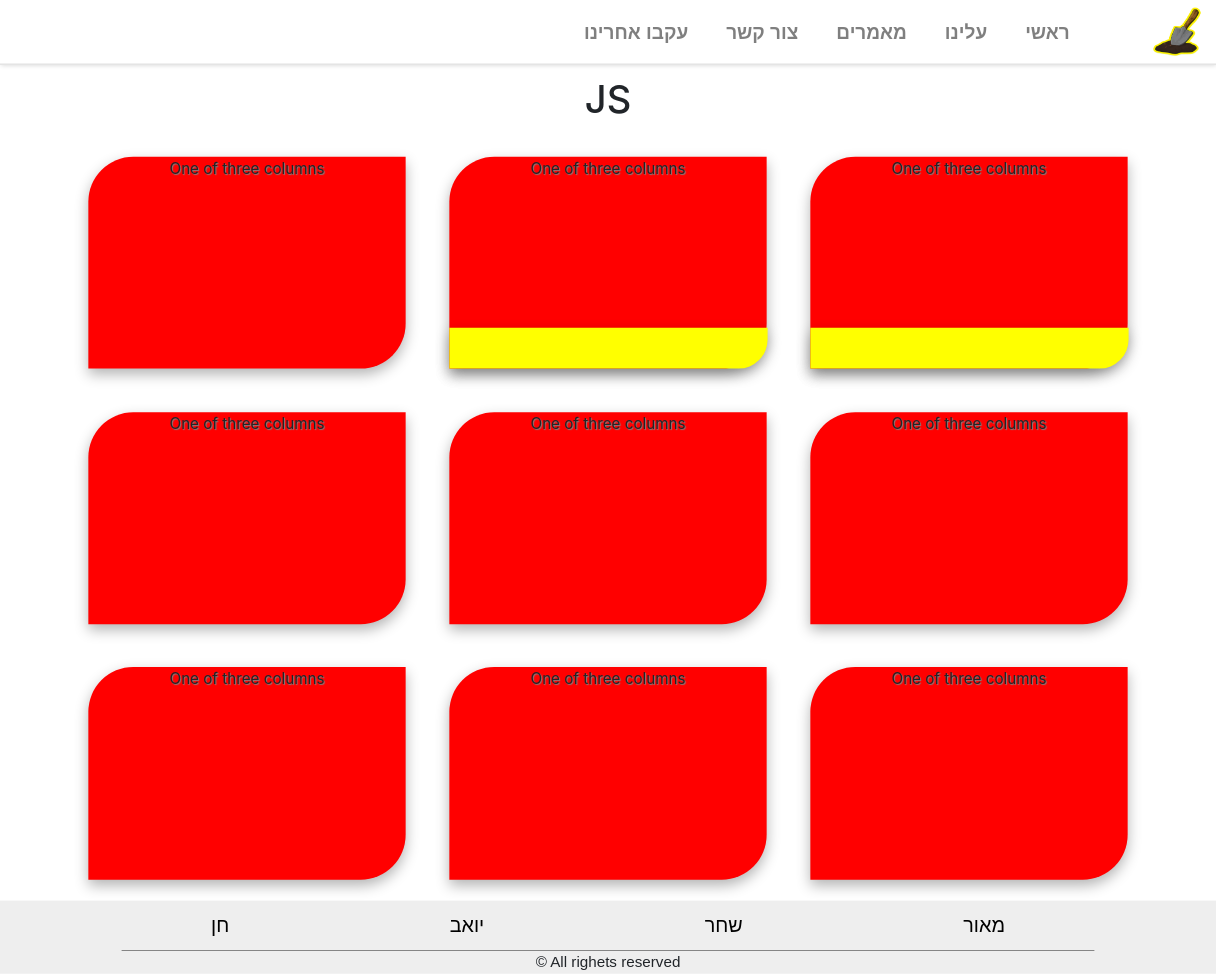
Repository: yoavBenZion/Blog-Zubi
Page: articlesPage.html
An editor plug-in stored every save of this project. The page is shown before and after the next save, followed by the edit.
The browser window is 1280 px wide. The pictures show the whole page, at 95% of full size.
Some web fonts or font styles are not loaded; a fallback is used. Some web libraries are served in a nearby version.

Above is the page before, as saved 2017-10-26 14:23:31.

After the next save:
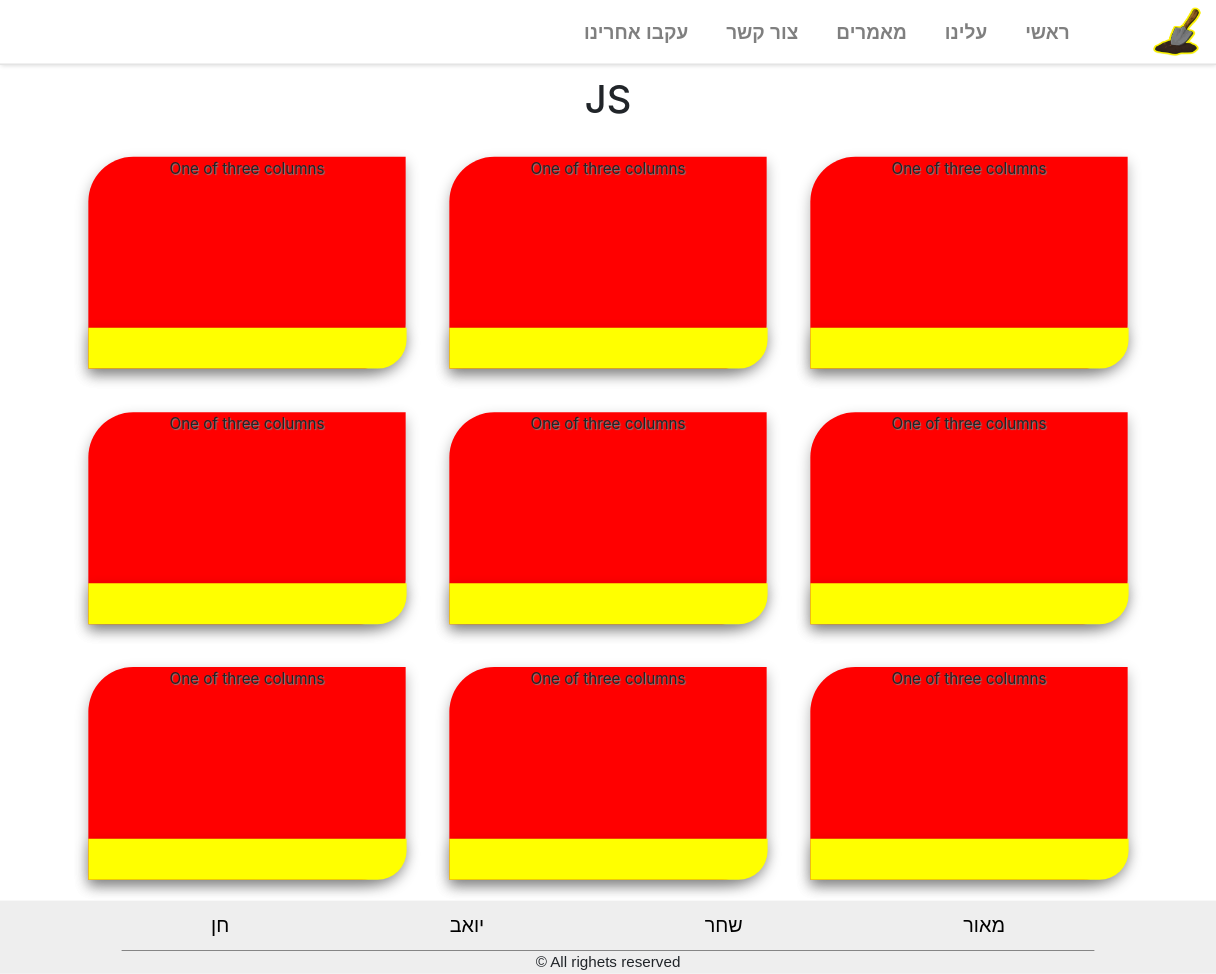
Saved 24 s later.
--- a/articlesPage.html
+++ b/articlesPage.html
@@ -81,28 +81,41 @@
             </div>
             <div class="col">
                 One of three columns
+                <div class="undercol"></div>
             </div>
         </div>
         <div class="row">
             <div class="col">
                 One of three columns
-            </div>
-            <div class="col">
-                One of three columns
-            </div>
-            <div class="col">
-                One of three columns
+                <div class="undercol"></div>
+
+            </div>
+            <div class="col">
+                One of three columns
+                <div class="undercol"></div>
+
+            </div>
+            <div class="col">
+                One of three columns
+                <div class="undercol"></div>
+
             </div>
         </div>
         <div class="row">
             <div class="col">
                 One of three columns
-            </div>
-            <div class="col">
-                One of three columns
-            </div>
-            <div class="col">
-                One of three columns
+                <div class="undercol"></div>
+
+            </div>
+            <div class="col">
+                One of three columns
+                <div class="undercol"></div>
+
+            </div>
+            <div class="col">
+                One of three columns
+                <div class="undercol"></div>
+
             </div>
         </div>
     </div>
